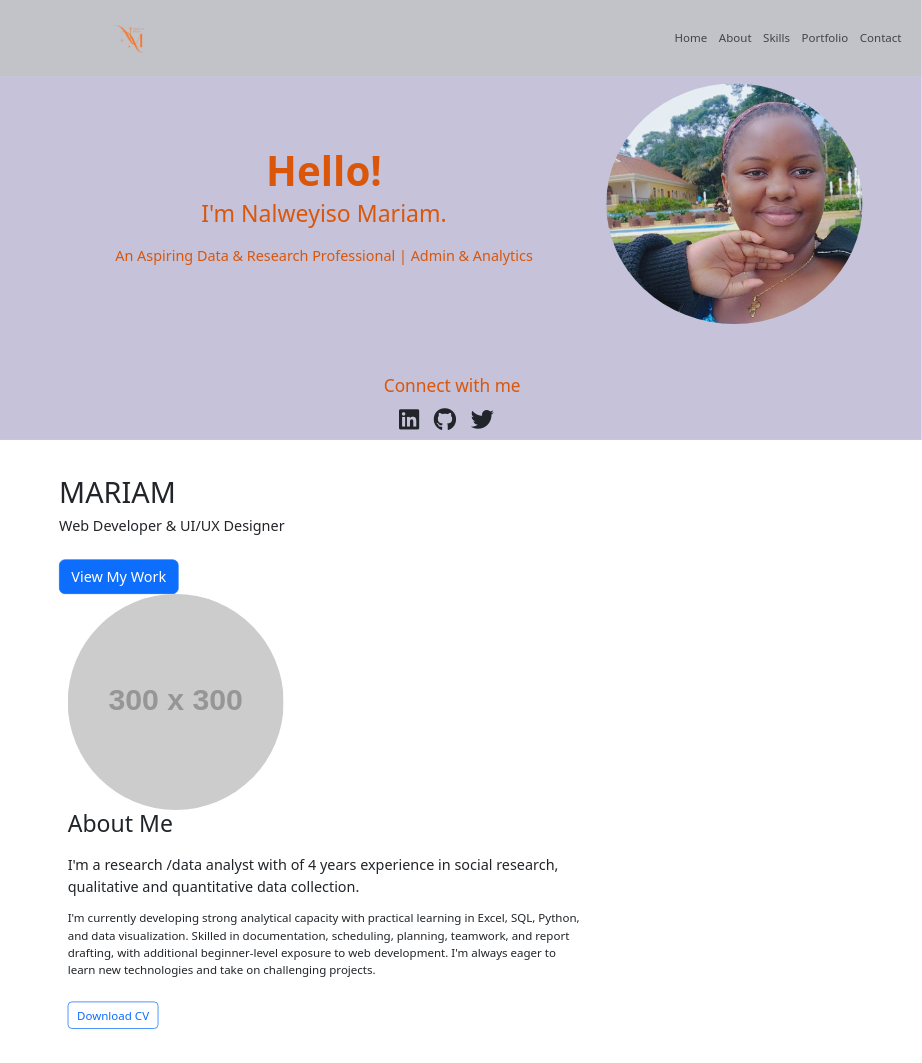
Repository: NalweMari/My-Personal-Portfolio
Page: index.html
The author's editor kept a copy of each file at every save. The page is drawn from the files as they stood at one save, then again after the next save.
The browser window is 1280 px wide. The pictures show the whole page, at 72% of full size.

Above is the page before, as saved 2025-11-28 11:01:22.
Console error (its wording comes from the project's code and is left out).

After the next save:
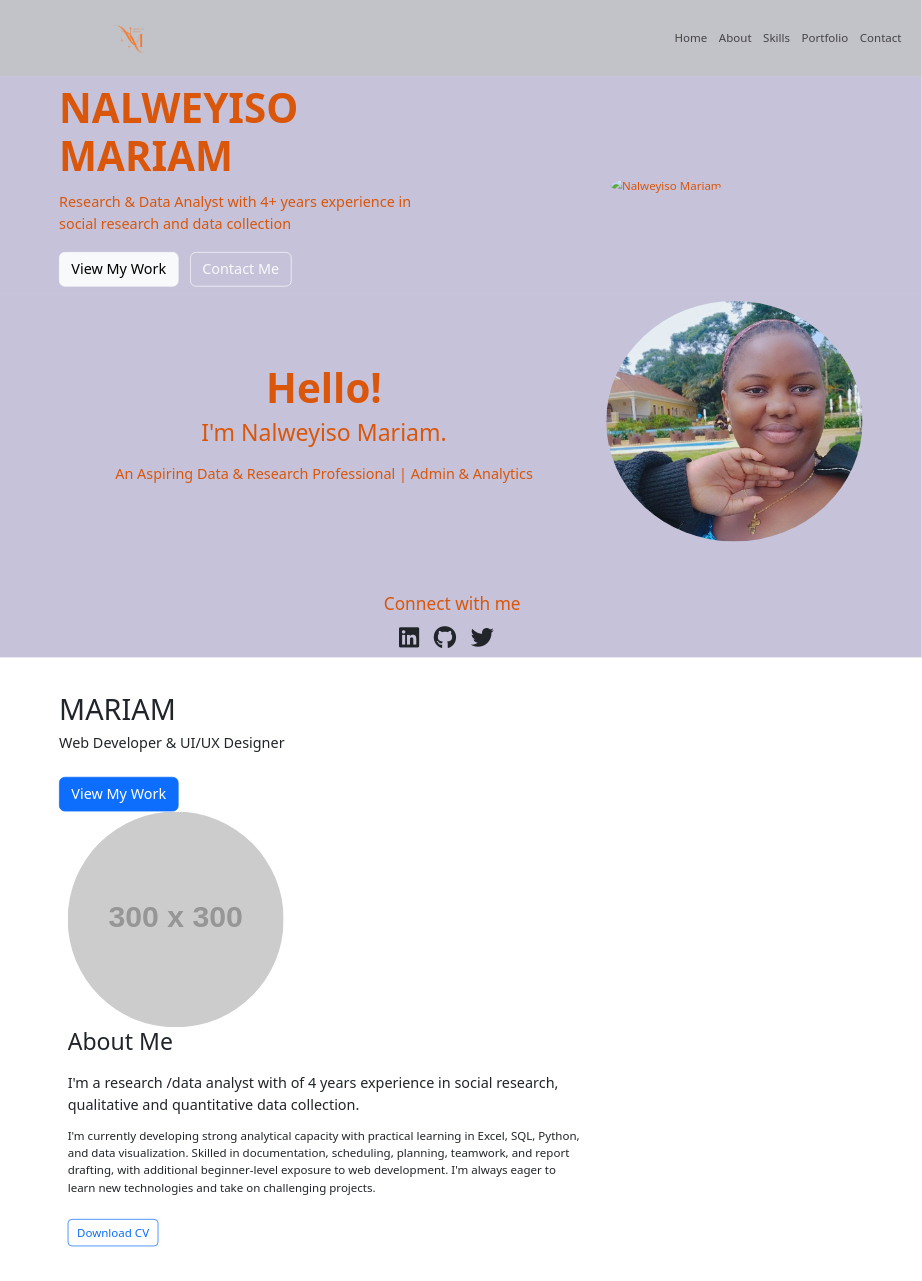
Not found: 1000405197.jpg
Saved 60 s later.
--- a/index.html
+++ b/index.html
@@ -34,7 +34,24 @@
         </div>
     </nav>
 
-
+    <!-- Hero Section -->
+    <section id="home" class="hero-section">
+        <div class="container">
+            <div class="row align-items-center">
+                <div class="col-lg-6">
+                    <h1 class="display-4 fw-bold mb-3">NALWEYISO MARIAM</h1>
+                    <p class="lead mb-4">Research & Data Analyst with 4+ years experience in social research and data collection</p>
+                    <div class="d-flex flex-wrap gap-3">
+                        <a href="#portfolio" class="btn btn-light btn-lg">View My Work</a>
+                        <a href="#contact" class="btn btn-outline-light btn-lg">Contact Me</a>
+                    </div>
+                </div>
+                <div class="col-lg-6 text-center mt-5 mt-lg-0">
+                    <img src="1000405197.jpg" class="profile-image rounded-circle" alt="Nalweyiso Mariam">
+                </div>
+            </div>
+        </div>
+    </section>
 
     <!-- Hero Section -->
     <!-- <section id="home" class="hero-section text-center">
